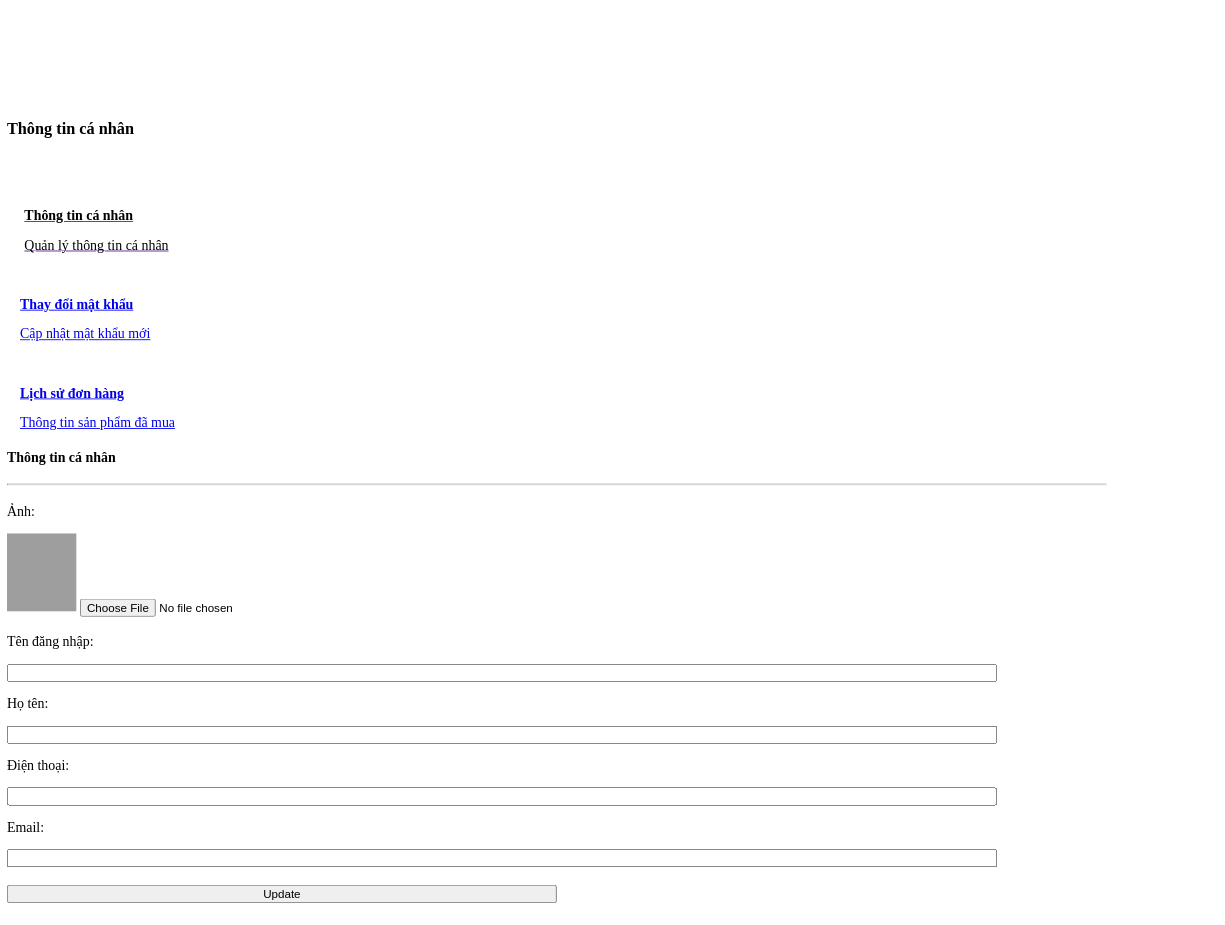
Repository: nguyengiabao245/NHOM3_C2
Page: http://localhost/DoAnJava/WEB-INF/views/account/edit.jsp
These files come from the project's save history. The page is drawn as it stood at one moment and after the next save; the edit follows.
The browser window is 1280 px wide. The page is 1408 px wide, so the pictures cover 1408 px, including what lies to the right of the window. The pictures show the whole page, at 87% of full size.
Pictures or frames that could not be fetched are drawn as grey boxes. The page is served by Tomcat 9. Nobody is signed in. The template is opened directly, without the code that normally fills it, so the values that code supplies are empty.

Above is the page before, as saved 2022-05-16 05:42:56.

After the next save:
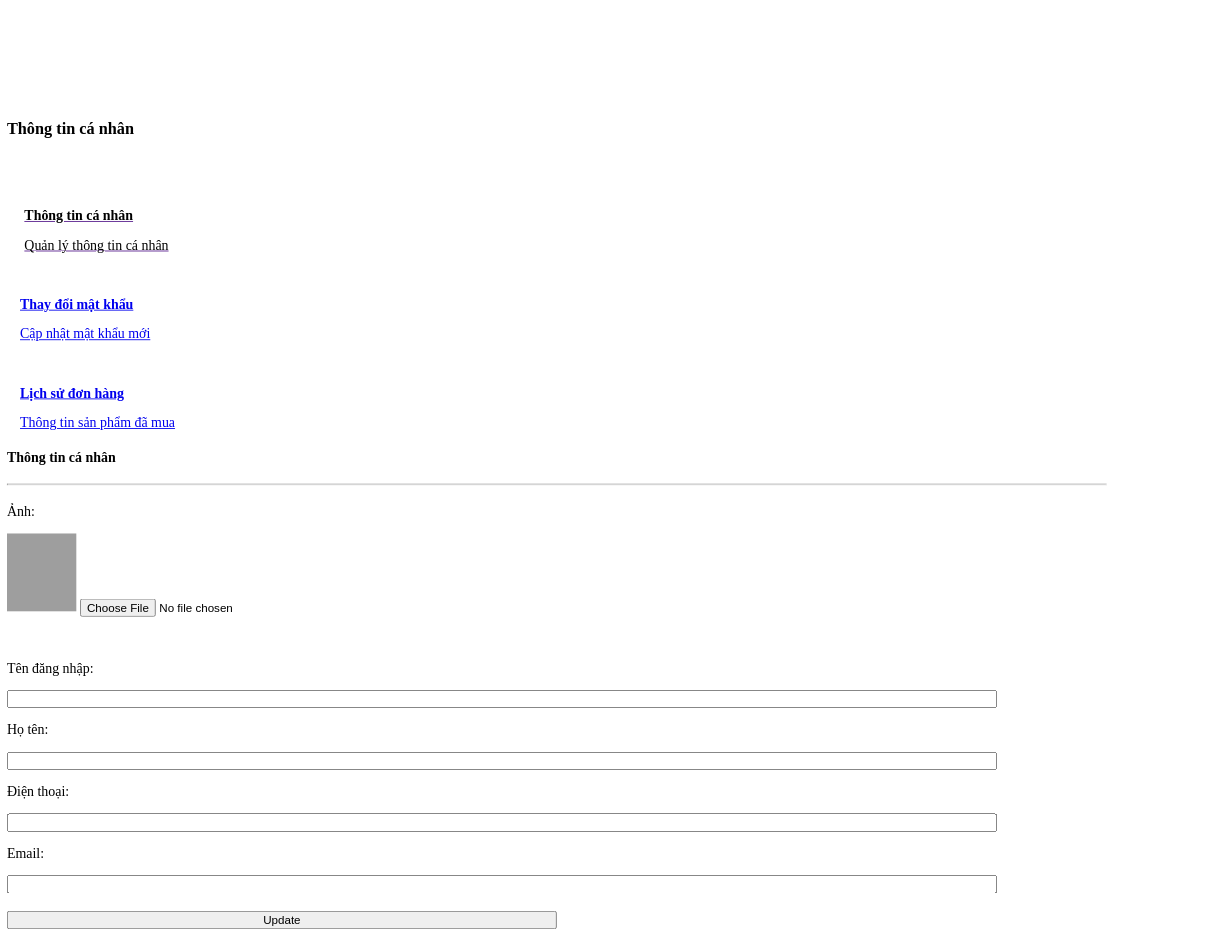
Saved 11 s later.
--- a/DoAnJava/src/main/webapp/WEB-INF/views/account/edit.jsp
+++ b/DoAnJava/src/main/webapp/WEB-INF/views/account/edit.jsp
@@ -90,7 +90,7 @@
 								</p>
 							</div>
 						</div>
-						<div class="form-group" style="margin-top:20px">
+						<div class="form-group" style="margin-top:50px">
 							<div class="col-sm-4">
 								<p>Tên đăng nhập:</p>
 							</div>
